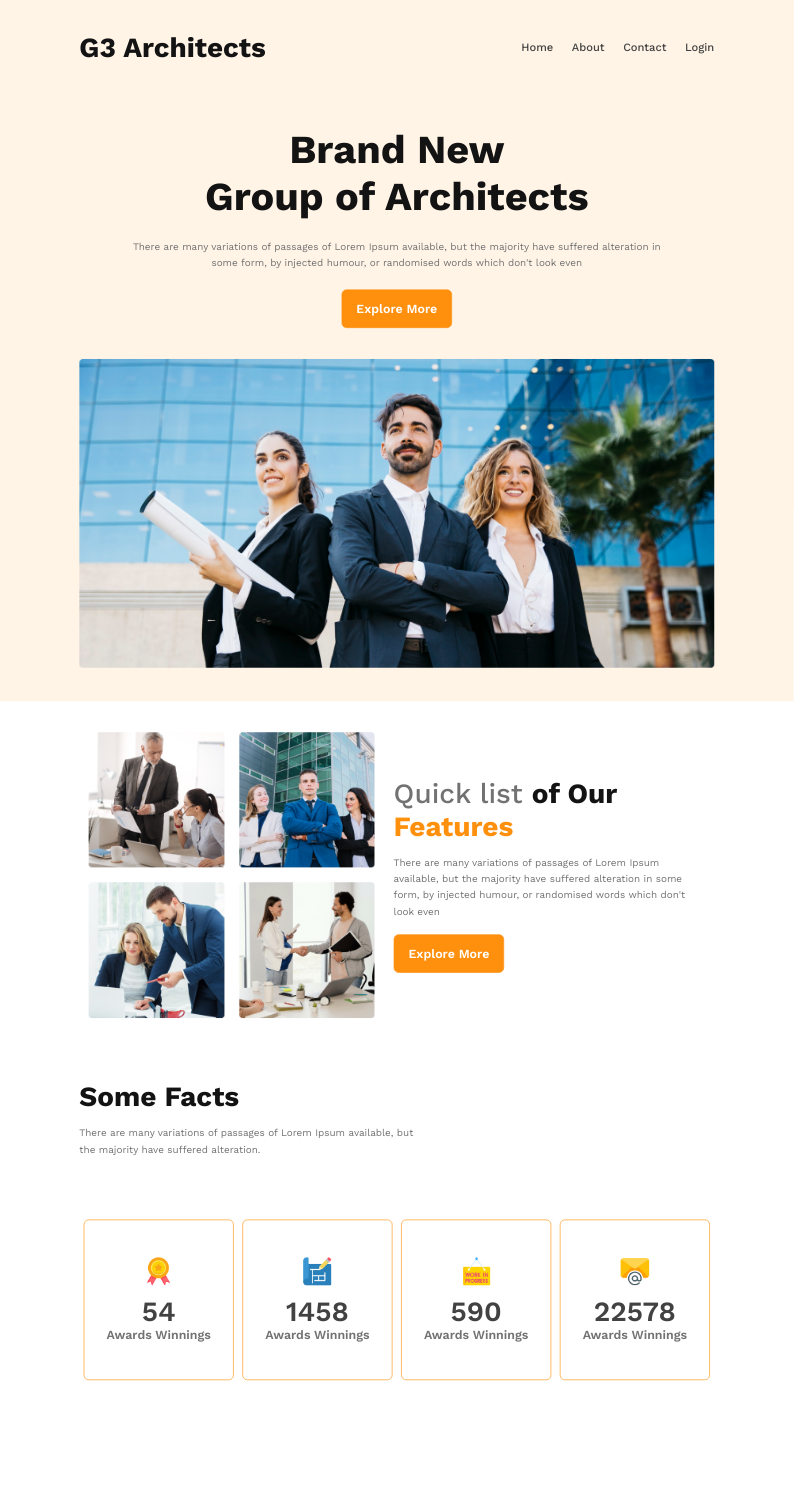
Repository: ShouravAhammed/G3-architects-webpage
Page: index.html
The author's editor kept a copy of each file at every save. The page is drawn from the files as they stood at one save, then again after the next save.
The browser window is 1280 px wide. The pictures show the whole page, at 62% of full size.

Above is the page before, as saved 2024-01-13 02:00:47.

After the next save:
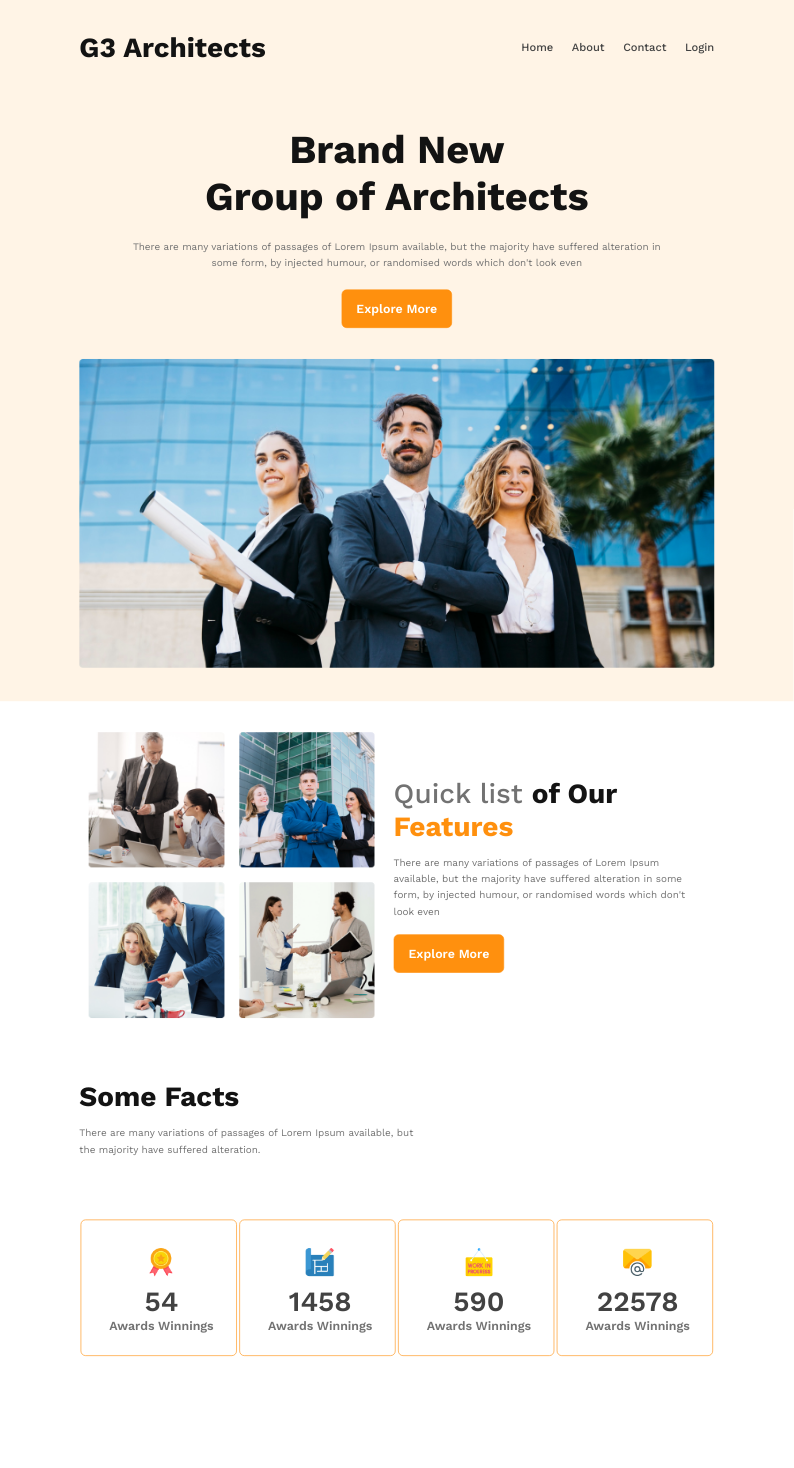
Saved 51 s later.
--- a/styles/style.css
+++ b/styles/style.css
@@ -151,7 +151,7 @@
     margin-top: 100px;
 }
 .some-facts-card-content .some-facts-card{
-    padding: 60px 36px;
+    padding: 45px 36px 36px 45px;
     border-radius: 8px;
     border: 1px solid #FF900E;
     text-align: center;
